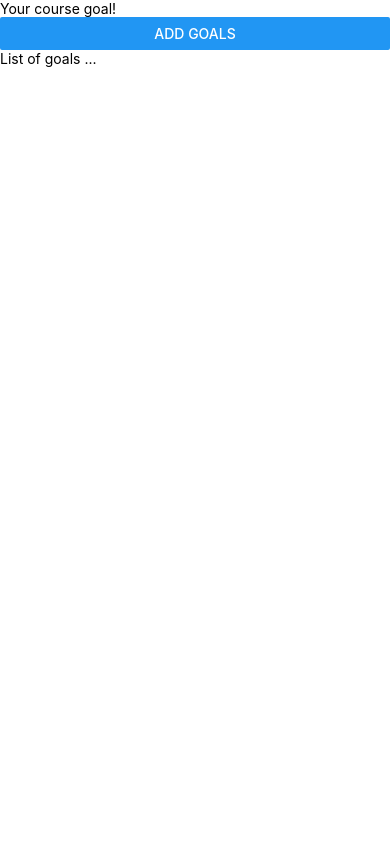
Repository: vanh1604/Todo-List
Screen: /
The author's editor kept a copy of each file at every save. The screen is drawn from the files as they stood at one save, then again after the next save.
The app was drawn by React Native's web renderer in a window 390 px wide. The project was rebuilt for these pictures with package versions that can differ from the ones it lists, and the page was loaded fresh each time.

Above is the screen before, as saved 2023-06-16 15:14:02.

### App.js
import { StyleSheet, Text, TextInput, View, Button } from "react-native";

export default function App() {
  return (
    <View style={styles.appContainer}>
      <View>
        <TextInput placeholder="Your course goal!"></TextInput>
        <Button title="Add goals" />
      </View>
      <View>
        <Text>List of goals ...</Text>
      </View>
    </View>
  );
}

const styles = StyleSheet.create({
  appContainer: {},
});

After the next save:
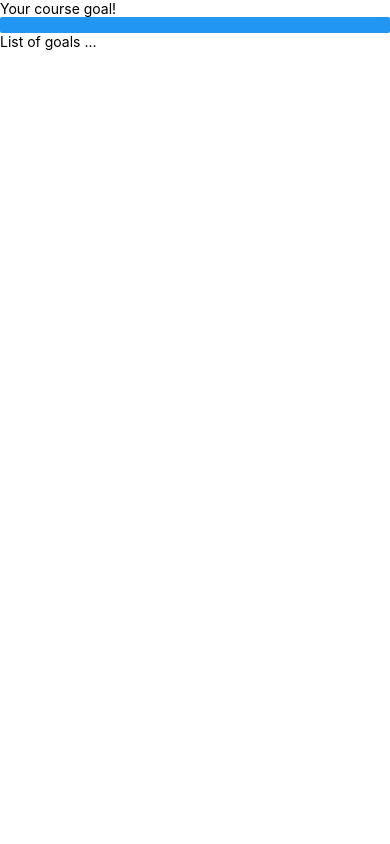
Saved 30 s later.
--- a/App.js
+++ b/App.js
@@ -5,7 +5,7 @@
     <View style={styles.appContainer}>
       <View>
         <TextInput placeholder="Your course goal!"></TextInput>
-        <Button title="Add goals" />
+        <Button />
       </View>
       <View>
         <Text>List of goals ...</Text>

After the save that followed:
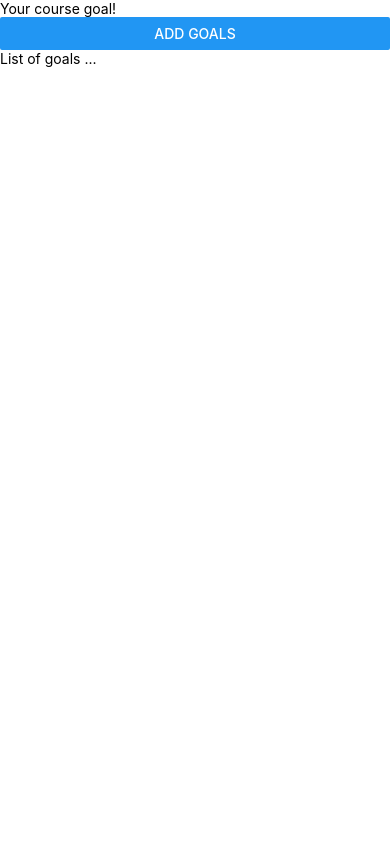
Saved 13 s later.
--- a/App.js
+++ b/App.js
@@ -5,7 +5,7 @@
     <View style={styles.appContainer}>
       <View>
         <TextInput placeholder="Your course goal!"></TextInput>
-        <Button />
+        <Button title="Add goals" />
       </View>
       <View>
         <Text>List of goals ...</Text>
